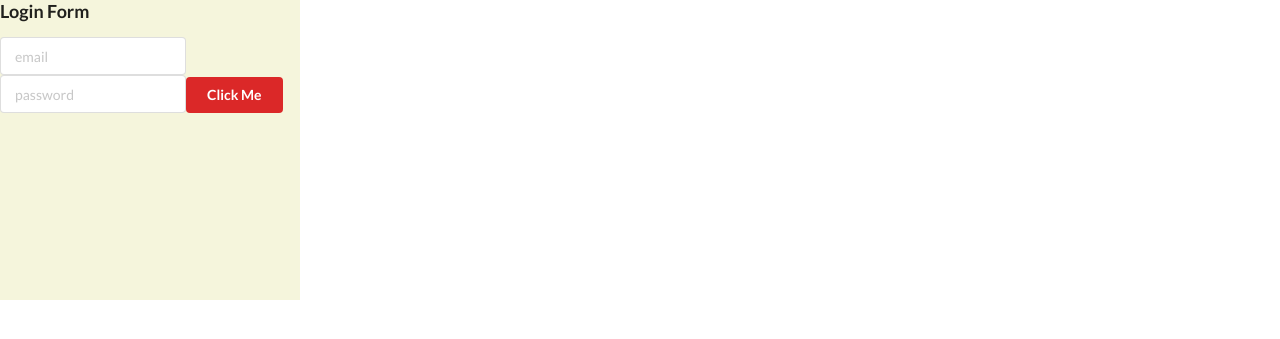
Repository: anagarango/dai-week4-assignment
Page: / (app in dai_web_ex/)
These files come from the project's save history. The page is drawn as it stood at one moment and after the next save; the edit follows.
The browser window is 1280 px wide. The pictures show the whole page.
The project was rebuilt for these pictures with package versions that can differ from the ones it lists, and the page was loaded fresh each time. The framework's server and built-in components were replaced by stand-ins that run in the browser. Also part of the build but not shown: dai_web_ex/next.config.js.

Above is the page before, as saved 2022-09-26 16:17:00.

After the next save:
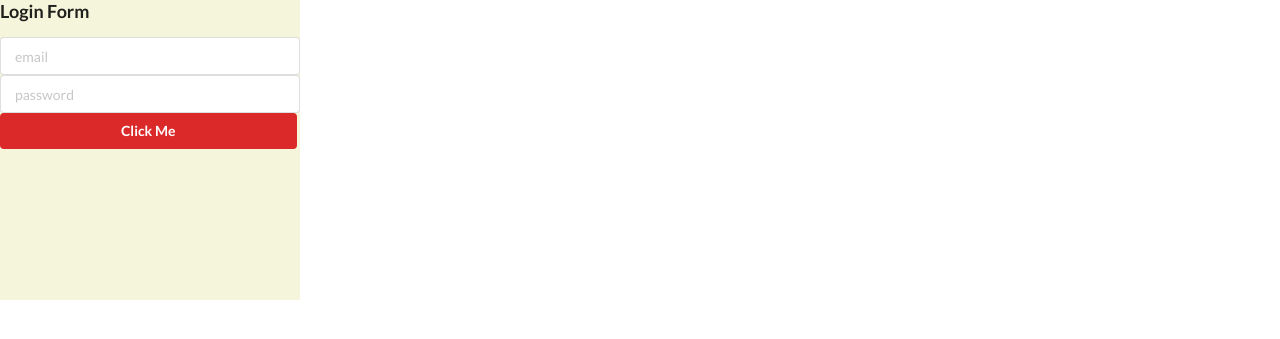
Saved 23 s later.
--- a/dai_web_ex/comps/loginform/index.js
+++ b/dai_web_ex/comps/loginform/index.js
@@ -9,7 +9,9 @@ export default function LoginForm({
   const Box = styled.div`
     width: 300px;
     height: 300px;
-    background-color: beige
+    background-color: beige;
+    display:flex;
+    flex-direction: column
     `
 
     var c = "blue"
